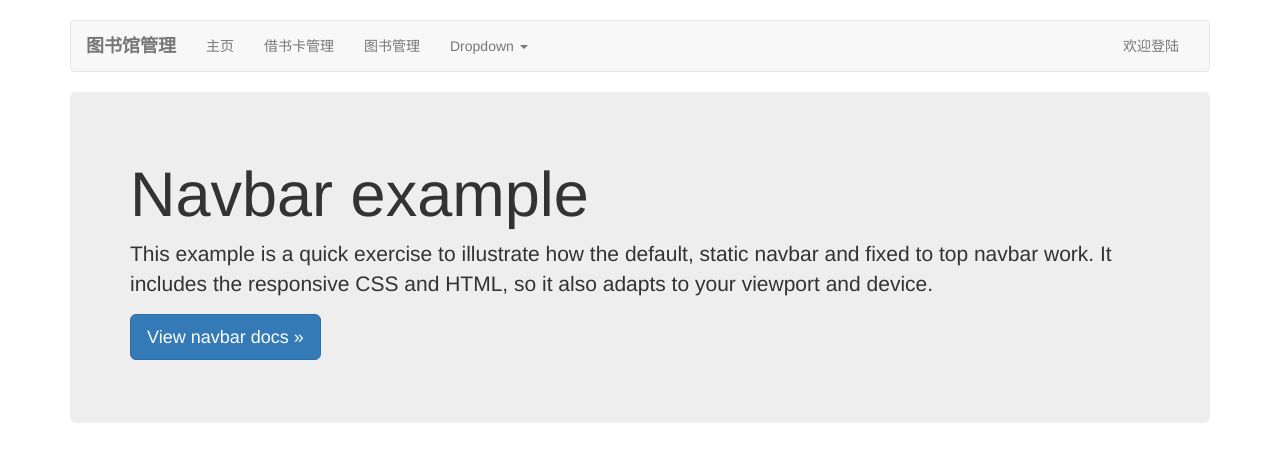
Repository: chaice/code
Page: http://localhost/web6/home
The author's editor kept a copy of each file at every save. The page is drawn from the files as they stood at one save, then again after the next save.
The browser window is 1280 px wide. The pictures show the whole page.
Some web libraries are served in a nearby version. The page is served by Tomcat 9. The session is filled in as if someone had signed in: {"username": "testuser"}. Other server files are loaded and not shown.

Above is the page before, as saved 2016-06-01 10:01:16.

### web6/WebContent/WEB-INF/views/home.jsp
<%@ page language="java" contentType="text/html; charset=UTF-8"
	pageEncoding="UTF-8"%>
<!DOCTYPE html>
<html>
<head>
<meta charset="UTF-8">
<title>主页</title>
<%@ include file="head.jsp"%>
<div class="jumbotron">
        <h1>Navbar example</h1>
        <p>This example is a quick exercise to illustrate how the default, static navbar and fixed to top navbar work. It includes the responsive CSS and HTML, so it also adapts to your viewport and device.</p>
        <p>
          <a class="btn btn-lg btn-primary" href="../../components/#navbar" role="button">View navbar docs &raquo;</a>
        </p>
      </div>
</div>
<script src="//cdn.bootcss.com/jquery/1.11.3/jquery.min.js"></script>
<script src="//cdn.bootcss.com/bootstrap/3.3.5/js/bootstrap.min.js"></script>
</body>
</html>

### web6/WebContent/WEB-INF/views/head.jsp
<%@ page language="java" contentType="text/html; charset=UTF-8"
	pageEncoding="UTF-8"%>
<link href="//cdn.bootcss.com/bootstrap/3.3.5/css/bootstrap.min.css"
	rel="stylesheet">
<style>
body {
	padding-top: 20px;
	padding-bottom: 20px;
}

.navbar {
	margin-bottom: 20px;
}
</style>
</head>
<body>
	<%
		String name = (String) session.getAttribute("username");
		if (name == null) {
			response.sendRedirect("/login");
		}
	%>
	<div class="container">
		<nav class="navbar navbar-default">
			<div class="container-fluid">
				<div class="navbar-header">
					<a class="navbar-brand"><strong>图书馆管理</strong></a>
				</div>
				<div id="navbar" class="navbar-collapse collapse">
					<ul class="nav navbar-nav">
						<li><a href="/home">主页</a></li>
						<li><a href="/card_list">借书卡管理</a></li>
						<li><a href="/book_list">图书管理</a></li>
						<li class="dropdown"><a href="#" class="dropdown-toggle"
							data-toggle="dropdown" role="button" aria-haspopup="true"
							aria-expanded="false">Dropdown <span class="caret"></span></a>
							<ul class="dropdown-menu">
								<li><a href="#">Action</a></li>
								<li><a href="#">Another action</a></li>
								<li><a href="#">Something else here</a></li>
								<li role="separator" class="divider"></li>
								<li class="dropdown-header">Nav header</li>
								<li><a href="#">Separated link</a></li>
								<li><a href="#">One more separated link</a></li>
							</ul></li>
					</ul>
					<ol class="nav navbar-nav navbar-right">
						<li><a>欢迎登陆</a></li>
					</ol>
				</div>
			</div>
		</nav>

### web6/src/com/ccit/mservlet/Home.java
package com.ccit.mservlet;

import java.io.IOException;
import javax.servlet.ServletException;
import javax.servlet.http.HttpServlet;
import javax.servlet.http.HttpServletRequest;
import javax.servlet.http.HttpServletResponse;

public class Home extends HttpServlet {
	private static final long serialVersionUID = 1L;
    public Home() {
        super();
    }
	protected void doGet(HttpServletRequest request, HttpServletResponse response) throws ServletException, IOException {
		request.getRequestDispatcher("/WEB-INF/views/home.jsp").forward(request, response);
	}
}

After the next save:
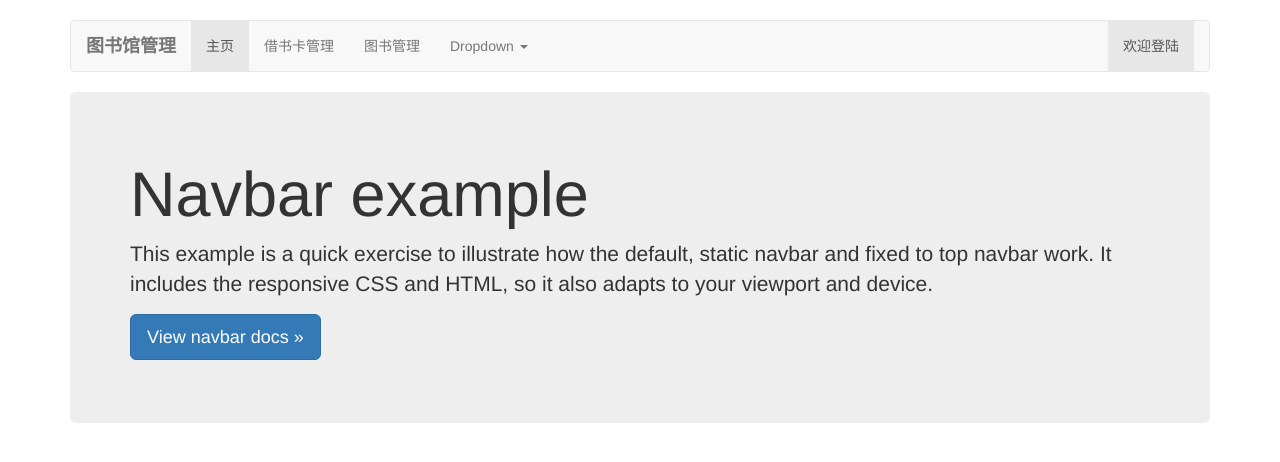
Saved 69 s later.
--- a/web6/WebContent/WEB-INF/views/home.jsp
+++ b/web6/WebContent/WEB-INF/views/home.jsp
@@ -16,5 +16,8 @@
 </div>
 <script src="//cdn.bootcss.com/jquery/1.11.3/jquery.min.js"></script>
 <script src="//cdn.bootcss.com/bootstrap/3.3.5/js/bootstrap.min.js"></script>
+<script>
+$(".nav>li:nth-child(1)").addClass("active");
+</script>
 </body>
 </html>
